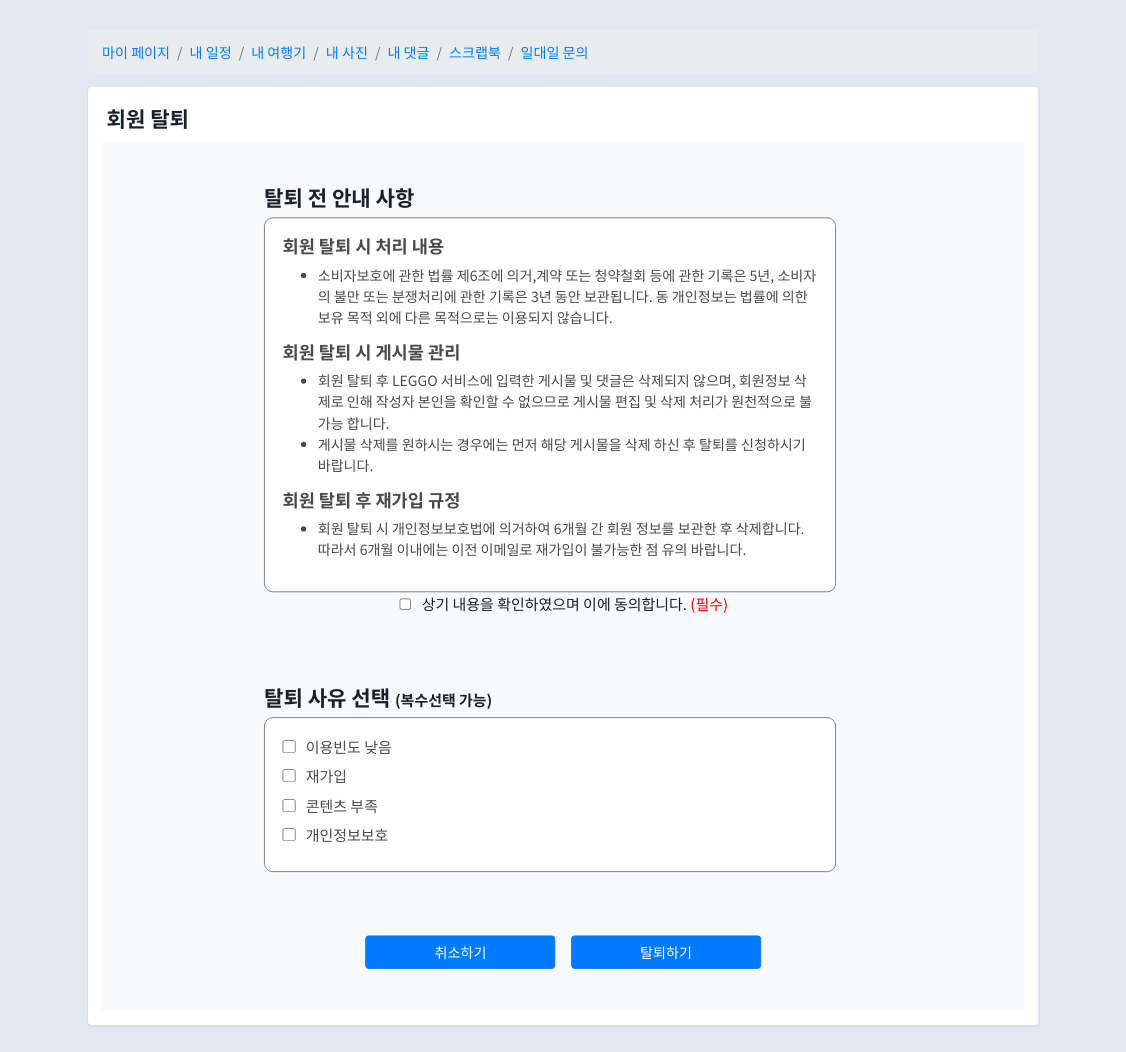
Repository: jangseohyun/LEGGO_2021
Page: http://localhost/PrjApp/Quit.jsp
The author's editor kept a copy of each file at every save. The page is drawn from the files as they stood at one save, then again after the next save.
The browser window is 1280 px wide. The pictures show the whole page, at 88% of full size.
Some web libraries are served in a nearby version. The page is served by Tomcat 9.

Above is the page before, as saved 2021-06-30 14:55:08.

After the next save:
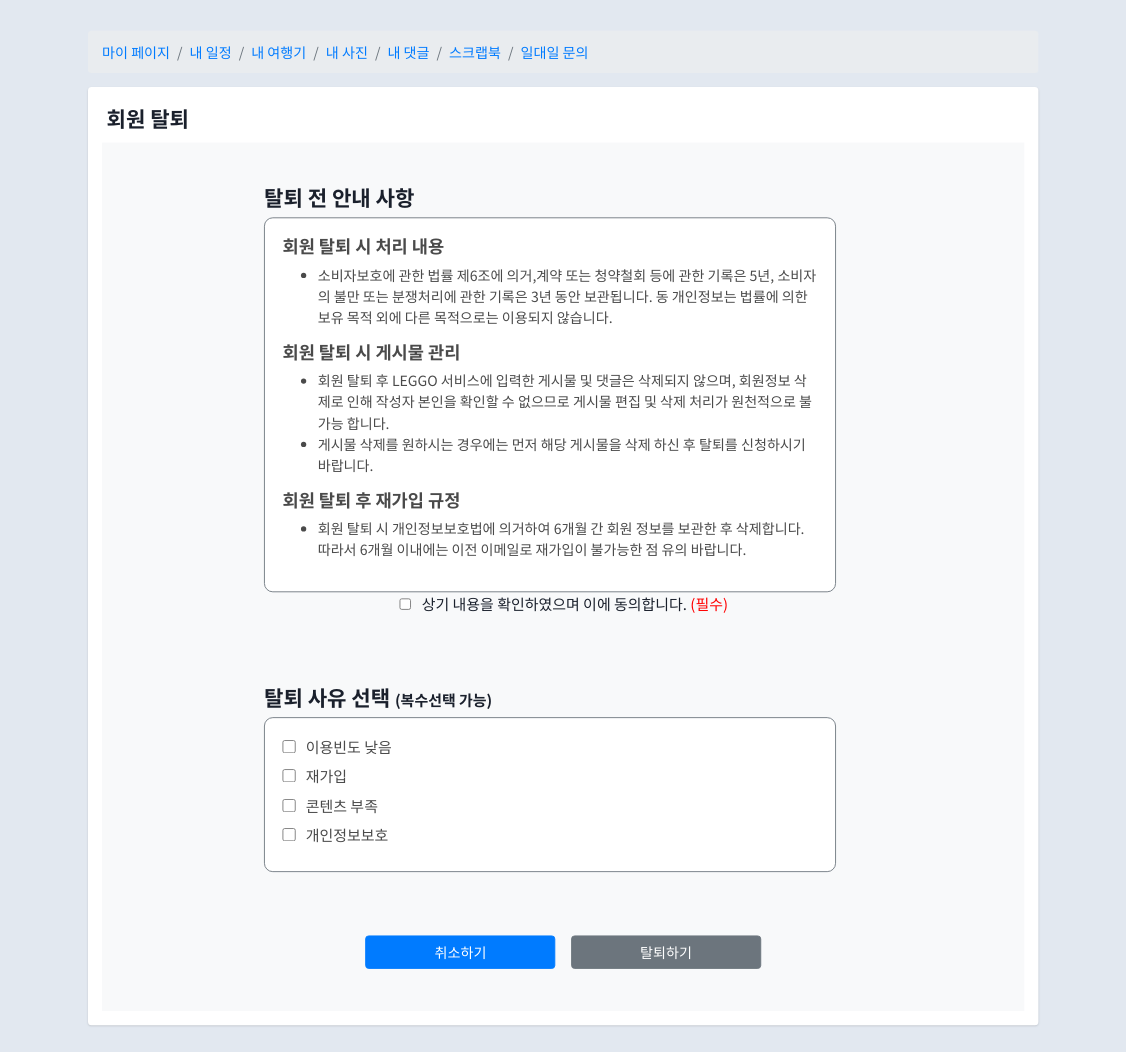
Saved 31 s later.
--- a/PrjApp/WebContent/Quit.jsp
+++ b/PrjApp/WebContent/Quit.jsp
@@ -104,9 +104,9 @@ String cp = request.getContextPath();
 							</span>
 						</div><br><br><br>
 							<div class="row justify-content-center">
-								<button type="submit" class="btn btn-primary center submit "
+								<button type="submit" class="btn btn-primary"
 									style="width: 20%; font-family: 'Noto Sans KR', sans-serif;">취소하기</button>&nbsp;&nbsp;&nbsp;&nbsp;&nbsp;
-								<button type="submit" class="btn btn-primary center submit "
+								<button type="submit" class="btn btn-secondary center submit"
 									style="width: 20%; font-family: 'Noto Sans KR', sans-serif;">탈퇴하기</button>
 							</div>
 					</div>
